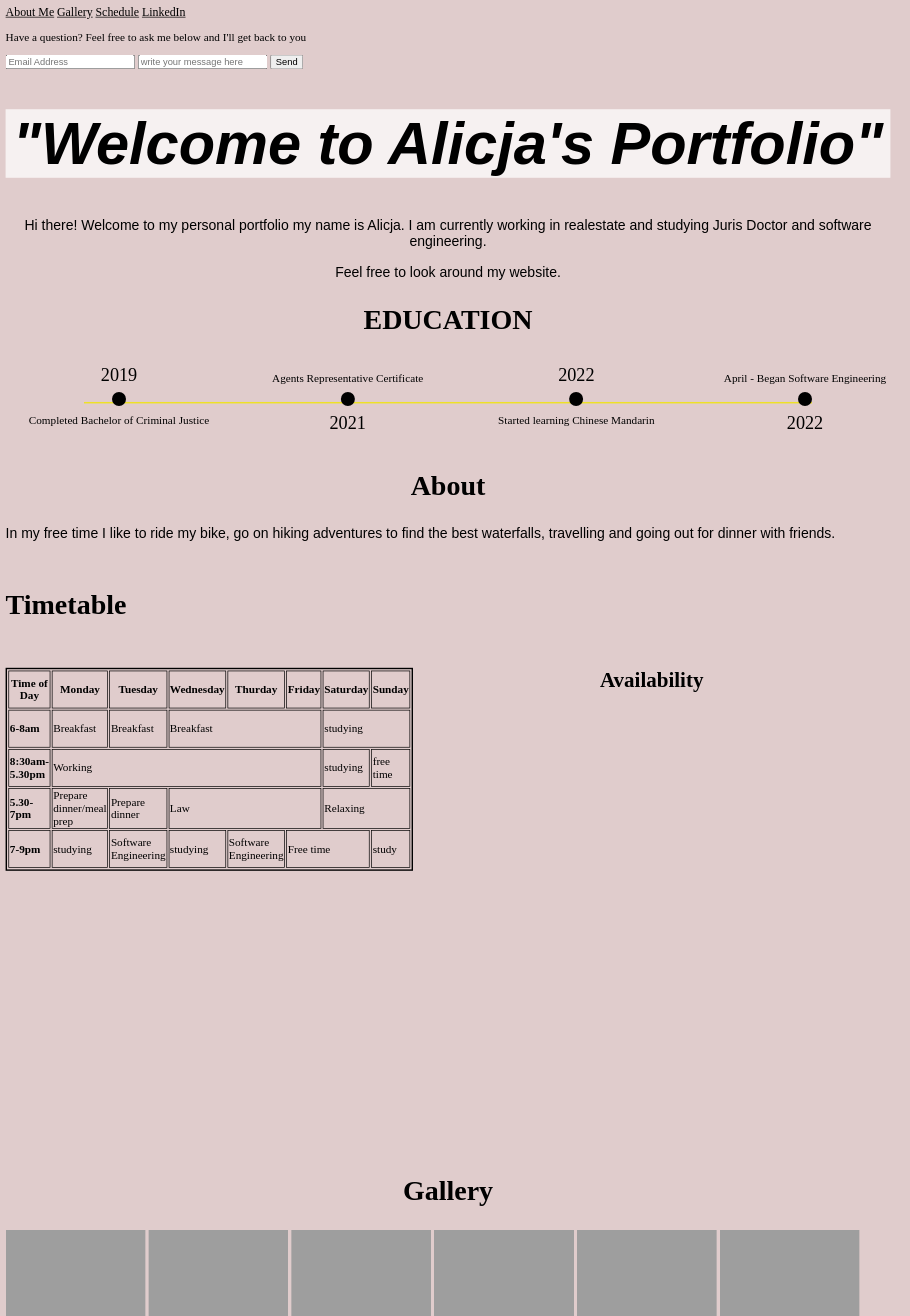
Repository: alicjasapieja/example-repository
Page: my-first-website/index.html
These files come from the project's save history. The page is drawn as it stood at one moment and after the next save; the edit follows.
The browser window is 1280 px wide. The page is 1300 px wide, so the pictures cover 1300 px, including what lies to the right of the window. The pictures show the part of the page from y = 0 to 1880 px (the page is 2543 px tall), at 70% of full size.
Pictures or frames that could not be fetched are drawn as grey boxes.

Above is the page before, as saved 2022-05-15 11:46:55.

After the next save:
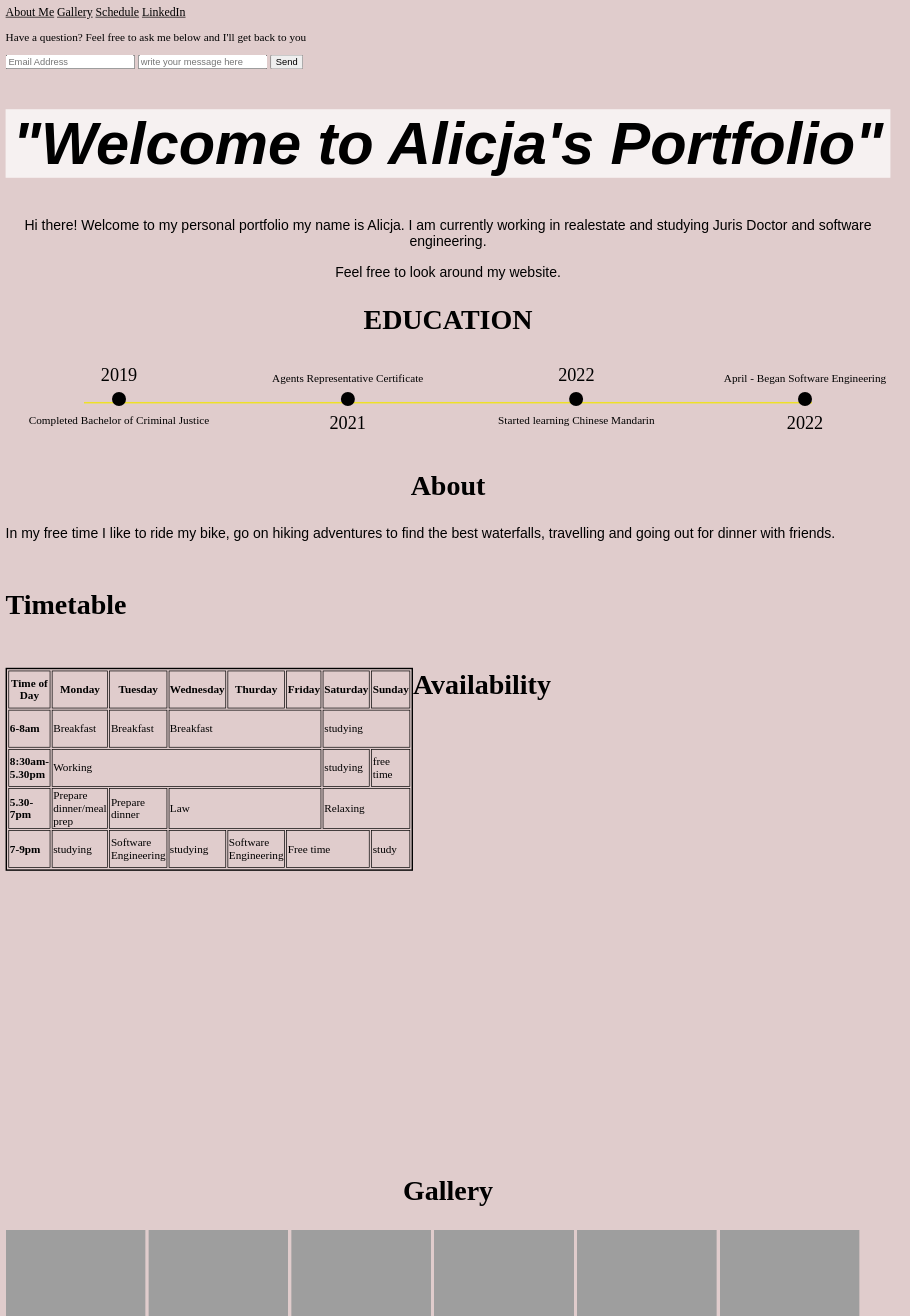
Saved 26 s later.
--- a/my-first-website/index.html
+++ b/my-first-website/index.html
@@ -107,7 +107,7 @@ table {
 
     </div><h2>
 
-     <h4>Availability</h4>
+     <h5>Availability</h5>
 
     </h2></div>
 
